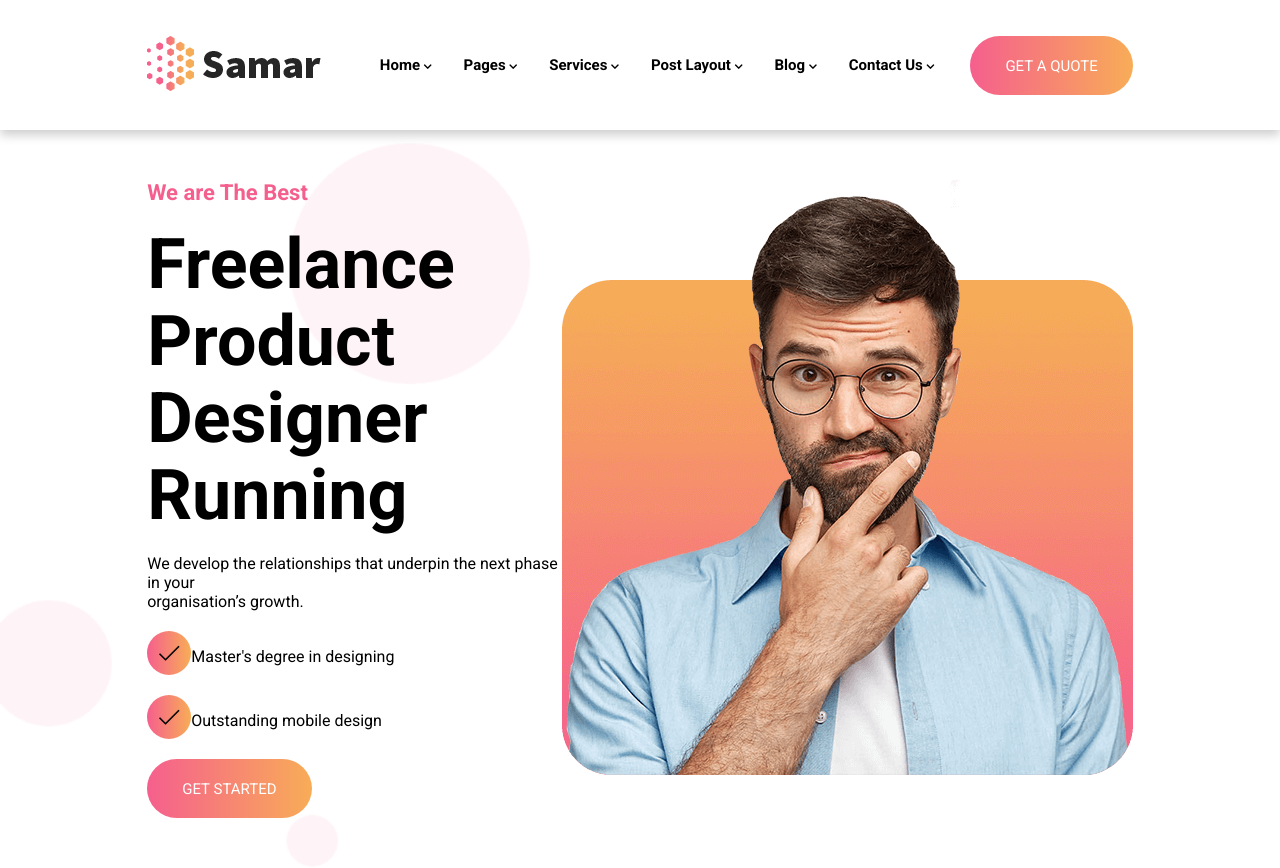
Repository: leequanganh/sammar
Page: html/index.html
These files come from the project's save history. The page is drawn as it stood at one moment and after a run of saves; the edit follows.
The browser window is 1280 px wide. The pictures show the whole page.

Above is the page before, as saved 2021-12-09 14:53:18.

### html/index.html
<!DOCTYPE html>
<html lang="en">
<head>
    <meta charset="UTF-8">
    <meta http-equiv="X-UA-Compatible" content="IE=edge">
    <meta name="viewport" content="width=device-width, initial-scale=1.0">
    <link rel="preconnect" href="https://fonts.googleapis.com">
<link rel="preconnect" href="https://fonts.gstatic.com" crossorigin>
<link href="https://fonts.googleapis.com/css2?family=Roboto:ital,wght@0,100;0,300;0,400;0,700;1,500;1,700;1,900&display=swap" rel="stylesheet">
            <!-- /////////////////// -->
    <link rel="stylesheet" href="../css/flaticon.css">
    <link rel="stylesheet" href="https://cdnjs.cloudflare.com/ajax/libs/line-awesome/1.3.0/line-awesome/css/line-awesome.min.css" integrity="sha512-vebUliqxrVkBy3gucMhClmyQP9On/HAWQdKDXRaAlb/FKuTbxkjPKUyqVOxAcGwFDka79eTF+YXwfke1h3/wfg==" crossorigin="anonymous" referrerpolicy="no-referrer" />
    <link rel="stylesheet" href="https://cdnjs.cloudflare.com/ajax/libs/font-awesome/5.15.4/css/all.min.css" integrity="sha512-1ycn6IcaQQ40/MKBW2W4Rhis/DbILU74C1vSrLJxCq57o941Ym01SwNsOMqvEBFlcgUa6xLiPY/NS5R+E6ztJQ==" crossorigin="anonymous" referrerpolicy="no-referrer" />
                 <!-- ////////////////////// -->
    <link rel="stylesheet" href="../css/index.css">
    <title>Document</title>
</head>
<body>
<!-- header start  -->
    <div class="header" id="navbar">

        <div class="header__contain">
            <div class="header_logo" id="logo">
                <img src="../img/logo-2.png" alt="">
            </div>
            <div class="header_nav">
                <ul>
                    <li> <a href=""> <span>Home</span>
                        <i class="fas fa-chevron-down"></i></a> </li>
                    <li> <a href=""><span>Pages</span>
                        <i class="fas fa-chevron-down"></i></a></li>
                    <li><a href=""> <span>Services</span>
                        <i class="fas fa-chevron-down"></i></a></li>
                    <li><a href=""> <span>Post Layout</span>
                        <i class="fas fa-chevron-down"></i></a></li>
                    <li><a href=""><span>Blog</span>
                        <i class="fas fa-chevron-down"></i></a></li>
                    <li><a href=""><span>Contact Us</span>
                        <i class="fas fa-chevron-down"></i></a></li>
                </ul>
                <div class="btn">
                    <a href="">GET A QUOTE</a>
                </div>
            </div>
        </div>
    </div>
<!-- header end  -->
<!-- banner start  -->
    <div class="banner">
        <div class="banner__contain">
            <div class="banner_text">
                <p>We are The Best</p>
                <h1>Freelance Product <br> Designer Running</h1>
                <p>We develop the relationships that underpin the next phase in your <br>
                    organisation’s growth.</p>
                <span><i class="las la-check"></i>Master's degree in designing</span>
                <span><i class="las la-check"></i>Outstanding mobile design</span>

                <!-- <ul>
                    <li>Master's degree in designing</li>
                    <li>Outstanding mobile design</li>

                </ul> -->
                <div class="btn"><a href="">GET STARTED</a></div>

            </div>
            <div class="banner_img">
                <img src="../img/pic3_1.png" alt="">
            </div>
        </div>
    </div>
<!-- banner end  -->
    <script src="https://code.jquery.com/jquery-3.6.0.min.js" integrity="sha256-/xUj+3OJU5yExlq6GSYGSHk7tPXikynS7ogEvDej/m4=" crossorigin="anonymous"></script>
    <script>
        $(document).ready(function(){
            $(window).scroll(function(){
                if($(this).scrollTop()){
                    $('header').addClass('sticky');
                }else{
                    $('header').removeClass('sticky');
                }
            })
        });
    </script>
</body>
</html>

### css/index.css
*{
padding: 0;
margin: 0;
border: 0;
box-sizing: border-box;
font-family: 'Roboto', sans-serif;
}
body{
    /* height: 9000px;
    background-color: antiquewhite; */
}
/* header-start  */
.header{
    display: flex;
    justify-content: center;
    position: fixed;
        width: 100%;
        top: 0;
    z-index: 1;
    box-shadow: 0px 5px 10px rgba(0, 0, 0,0.2);
    overflow: hidden;
    transition: 0.5s;
    background: rgba(0,0,0,0);
}
.header__contain{
    width: 77%;
    display: flex;
    justify-content: space-between;
    align-items: center;
}
.header_nav {
    width: 80%;
    display: flex;
    justify-content: flex-end;
    align-items: center;
}
ul{
    display: flex;
}
.header_nav ul li{
    transition: 0.3s;
    padding: 55px 16px ;
    list-style: none;
}
.header_nav li a {
    font-size: 15px;
    list-style: none;
    text-decoration: none;
    color: black;
    font-weight: 600;
}
.header_nav li a span{
    line-height: 20px;
}
.header_nav li:hover{
    cursor: pointer;
}
.header_nav li a {
    display: inline-block;
}
span{
    display: inline-block;
}
.header_nav li:hover a span  {
   animation-name: upToDown;
   animation-duration: 0.5s;
   color: #f55f8d;
   cursor: pointer;
}
.header_nav li:hover a i{
   color: #f55f8d;
}
.header_nav li a i{
    font-size: 9px;
}
.header .btn{
    margin-left: 20px;
}
.btn {
    padding: 20px 35px;
    border-radius: 30px;
    border-width: 1px;
    background-image: linear-gradient(to right,#f55f8d 0,#f8ae56 51%,#f55f8d 100%);
    background-position: left bottom;
    background-size: 200%;
    transition: 0.5s;
}
.btn a{
    color: white;
    line-height: 18px;
    font-size: 15px;
    font-weight: 500;
    text-decoration: none;

}
.btn:hover {
    background-position: right center;
}
/* header-end  */
/* banner start  */
.banner {
    background-image: url(../img/pic2.png);
    background-size: cover;
    background-repeat: no-repeat;
    /* background-position: center; */
    padding-top: 130px;
    display: flex;
    flex-direction: row;
    justify-content: center;
}
.banner__contain{
    display: flex;
    /* overflow: visible; */
    padding: 50px 0;
    justify-content: space-between;
    width: 77%;
}
.banner_text{
    display: flex;
    flex-direction: column;
    align-items:flex-start;
}
.banner_text p:first-child{
    /* width: 60%; */
    color: #f55f8d;
    font-size: 22px;
    font-weight: 600;
    line-height: 26px;
    margin-bottom: 20px;
}
.banner_text h1{
    font-size: 70px;
    font-weight: 800;
    line-height: 77px;
    margin-bottom: 20px;

}
.banner_text p:last-child{
    color: #636363;
    font-size: 18px;
    line-height: 28px;
    margin-bottom: 20px;
}
.banner_text span{
    margin: 20px 0 0 0;
}
.banner_text span i{
    font-size: 24px;
    padding: 10px;
    background-image: linear-gradient(to right,#f55f8d 0,#f8ae56 51%,#f55f8d 100%);
    border-radius: 50%;
    background-size: 200%;
}
.banner_text .btn{
    margin-top: 20px;
}

.banner_img{
    /* width: 40%; */
}

.banner_img{
    /* position: relative; */
}

/* banner end  */
/* animate  */
@keyframes upToDown {
    49% {
      transform: translateY(100%);
    }
    50% {
      opacity: 0;
      transform: translateY(-100%);
    }
    51% {
      opacity: 1;
    }
  }
/* animate  */

Loaded but not shown: css/flaticon.css (common file)

After the next 4 saves:
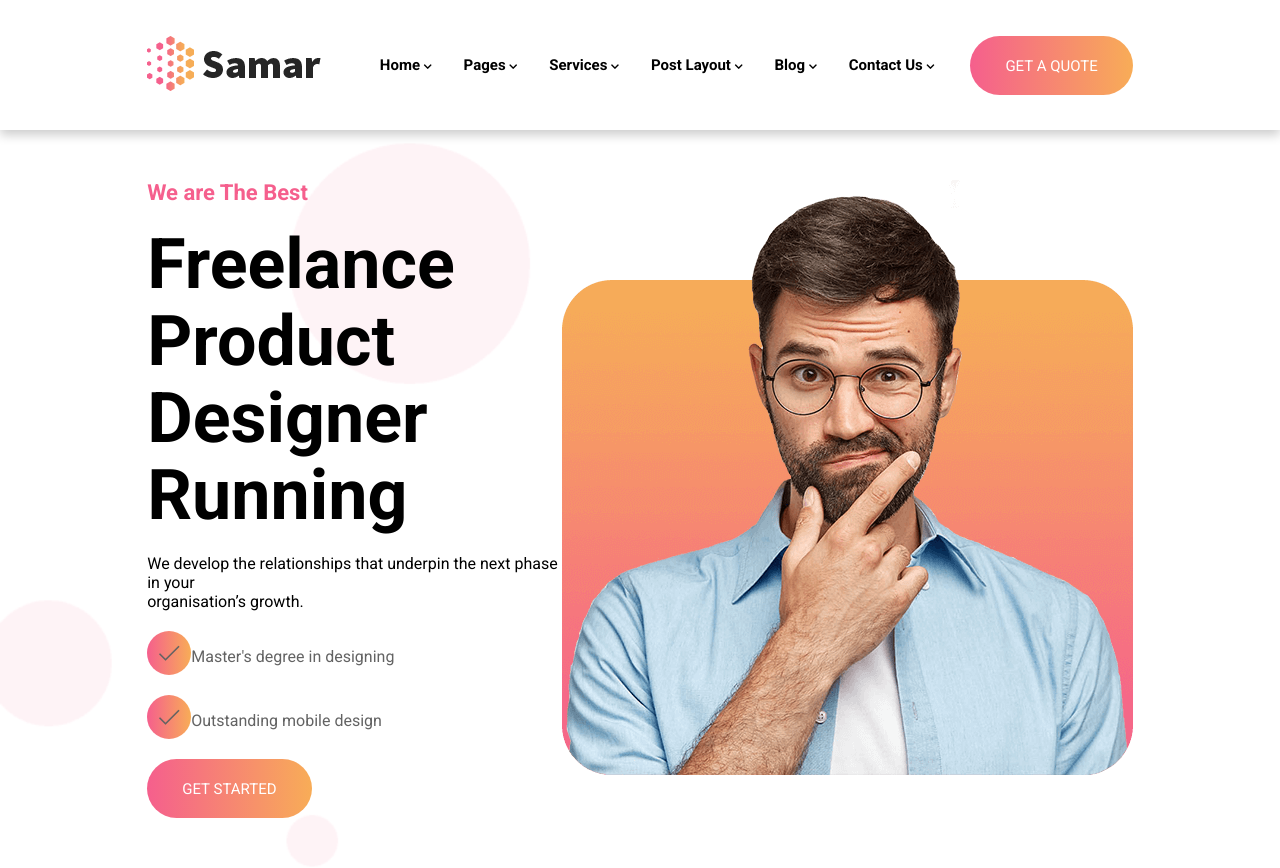
The 4 saves are shown as one change because they came seconds apart.
The last was saved 19 s later.
--- a/css/index.css
+++ b/css/index.css
@@ -143,6 +143,7 @@ span{
 }
 .banner_text span{
     margin: 20px 0 0 0;
+    color: #636363;
 }
 .banner_text span i{
     font-size: 24px;
